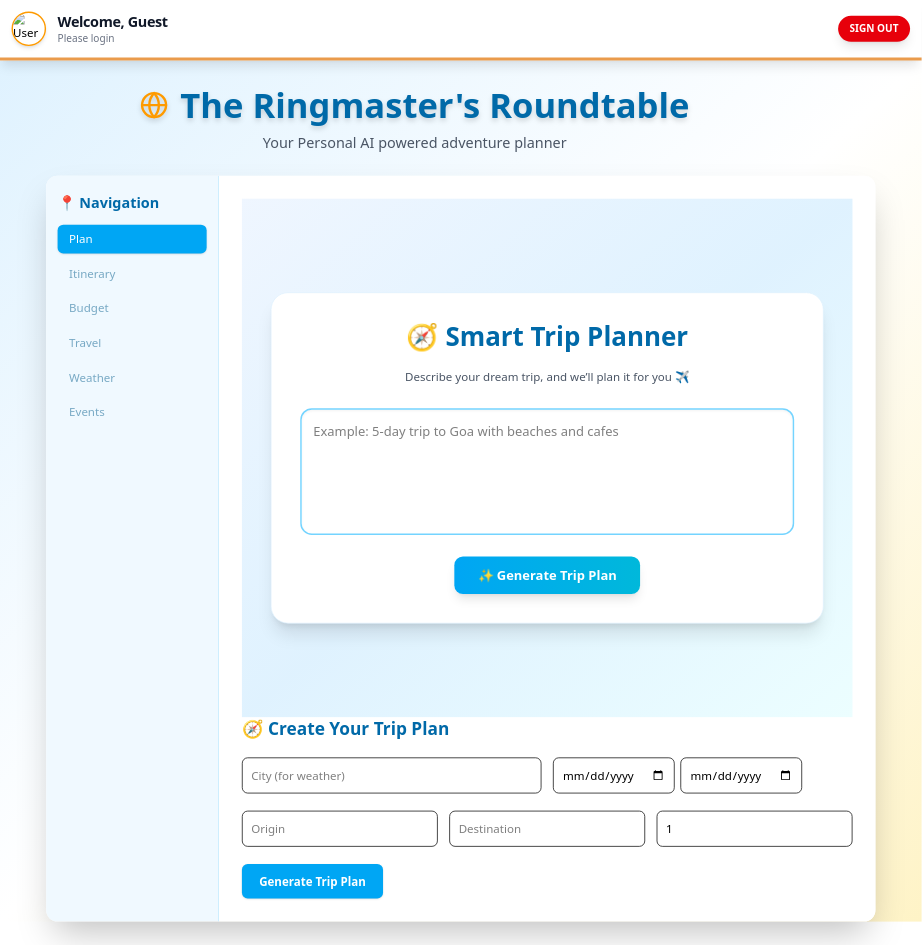
Repository: vega2006/The-Ringmaster-s-Roundtable
Page: /prompt (app in client/)
The author's editor kept a copy of each file at every save. The page is drawn from the files as they stood at one save, then again after the next save.
The browser window is 1280 px wide. The pictures show the whole page, at 72% of full size.
The page's requests for data from a server got no answer. The project was rebuilt for these pictures with package versions that can differ from the ones it lists, and the page was loaded fresh each time. No one was signed in, and anything a server would have sent is missing. Also part of the build but not shown: client/vite.config.js, client/src/components/GoogleLogin.jsx, client/src/components/NotFound.jsx, client/src/components/WeatherContent.jsx, client/src/components/TravelContent.jsx, client/src/components/ItineraryContent.jsx, client/src/components/BudgetContent.jsx, client/src/components/EventsContent.jsx and 2 more.

Above is the page before, as saved 2025-10-08 23:40:33.

### client/src/App.jsx


import { GoogleOAuthProvider } from "@react-oauth/google";
import GoogleLogin from "./components/GoogleLogin";
import { BrowserRouter, Route, Routes, Navigate } from 'react-router-dom';
import { useState } from 'react';
import RefreshHandler from './components/RefreshHandler';
import NotFound from './components/NotFound';
import Dashboard from "./pages/Dashboard";
import Home from "./pages/Home";
import AIDashboard from "./pages/AIDashboard";
export default function App() {
  const [isAuthenticated, setIsAuthenticated] = useState(false);

  const GoogleWrapper = () => (
    <GoogleOAuthProvider clientId="1054190178825-cc3eg87b9uvh9hfn384ge5sqe5hq9l5v.apps.googleusercontent.com">
      <GoogleLogin />
    </GoogleOAuthProvider>
  );

  const PrivateRoute = ({ element }) => {
    return isAuthenticated ? element : element;
  };

  return (
    <BrowserRouter>
      <RefreshHandler setIsAuthenticated={setIsAuthenticated} />
      <Routes>
        {/* Public route for the Home page, where users can sign in */}
        <Route path="/" element={<Home isAuthenticated={isAuthenticated} />} />

        {/* This is the login page. Redirect to home after login. */}
        <Route path="/login" element={<GoogleWrapper />} />

        {/* This is the protected dashboard route */}
        <Route path='/dashboard' element={<PrivateRoute element={<Dashboard />} />} />
         <Route path='/prompt' element={<PrivateRoute element={<AIDashboard />} />} />

        {/* Catch-all route for invalid URLs */}
        <Route path="*" element={<NotFound />} />
      </Routes>
    </BrowserRouter>
  );
}

### client/src/components/RefreshHandler.jsx
import React, { useEffect } from 'react';
import { useLocation, useNavigate } from 'react-router-dom';

function RefrshHandler({ setIsAuthenticated }) {
    const location = useLocation();
    const navigate = useNavigate();

    useEffect(() => {
        const data = localStorage.getItem('user-info');
        const token = JSON.parse(data)?.token;
        if (token) {
            setIsAuthenticated(true);
            if (location.pathname === '/' ||
                location.pathname === '/login'
            ) {
                navigate('/dashboard', { replace: false });
            }
        }
    }, [location, navigate, setIsAuthenticated])

    return (
        null
    )
}

export default RefrshHandler

### client/src/pages/AIDashboard.jsx
;

import {TripProvider } from "../contexts/TripContext";
import AppHeader from "../components/AppHeader";
import Sidebar from "../components/Sidebar";
import MainContent from "../components/MainContent";
import ContentRouter from "../components/ContentRouter";
import React, { useEffect, useState } from 'react'
import { useNavigate } from 'react-router-dom';
import PlanByPrompt from "../components/PlanByPrompt";
const AIDashboard = () => {

     const [userInfo, setUserInfo] = useState(null);
    const navigate = useNavigate();

    useEffect(()=>{
        const data = localStorage.getItem('user-info');
        const userData = JSON.parse(data);
        setUserInfo(userData);
    },[])

    const handleLogout = ()=>{
        localStorage.removeItem('user-info');
        navigate('/login');
    }


  return (
    <div>
      <div className="sticky top-0 z-10 bg-white shadow-lg p-3 sm:p-4 border-b-4 border-amber-600/70">
                <div className="max-w-7xl mx-auto flex justify-between items-center">

                    {/* User Info Display */}
                    <div className="flex items-center space-x-4">
                        <img
                            className="w-12 h-12 rounded-full object-cover shadow-md border-2 border-amber-500"
                            src={userInfo?.image}
                            alt={userInfo?.name || 'User'}
                            onError={(e) => { e.target.onerror = null; e.target.src="https://placehold.co/40x40/FFC107/333?text=?" }}
                        />
                        <div className="hidden sm:block">
                            <h1 className="text-xl font-bold text-gray-900 tracking-tight">Welcome, {userInfo?.name || 'Guest'}</h1>
                            <h3 className="text-sm text-gray-500">{userInfo?.email || 'Please login'}</h3>
                        </div>
                        <div className="sm:hidden text-lg font-bold text-gray-900">
                           {userInfo?.name ? `Hello, ${userInfo.name.split(' ')[0]}!` : 'Hello!'}
                        </div>
                    </div>

                    {/* Logout Button (Stylized and positioned on the right) */}
                    <button
                        onClick={handleLogout}
                        className="px-4 py-2 bg-red-600 text-white font-semibold rounded-full shadow-lg hover:bg-red-700
                                   transition duration-150 transform hover:scale-[1.02] active:scale-95
                                   focus:outline-none focus:ring-4 focus:ring-red-300 uppercase text-sm"
                    >
                        Sign Out
                    </button>
                </div>
            </div>

      <TripProvider>

        <div className="min-h-screen bg-gradient-to-br from-sky-100 via-white to-amber-100 font-inter">
          <AppHeader />
          <div className="max-w-6xl mx-auto grid grid-cols-1 md:grid-cols-[240px_1fr] bg-white shadow-2xl rounded-2xl overflow-hidden mt-4 mb-8">
            <Sidebar />


            <MainContent>


                          <PlanByPrompt/>
                            <ContentRouter />
                       </MainContent>

          </div>
        </div>
    </TripProvider>

    </div>
  )
}
export default AIDashboard

### client/src/api/api.jsx
import axios from "axios";

const API_BASE = `${import.meta.env.VITE_BACKEND_URL}/api`;


const api = axios.create({
    baseURL: "http://localhost:4000/auth/",
    // withCredentials: true,
});

export const googleAuth = (code) => api.get(`/google?code=${code}`);


export const getWeather = (city, travelDate) =>
  axios.get(`${API_BASE}/weather?city=${encodeURIComponent(city)}&travelDate=${encodeURIComponent(travelDate)}`);
;

export const getRoute = (origin, destination, travelDate) =>
  axios.get(`${API_BASE}/maps?origin=${encodeURIComponent(origin)}&destination=${encodeURIComponent(destination)}&travelDate=${encodeURIComponent(travelDate)}`);


export const getEvents = (destination, startTravelDate, endTravelDate) =>
  axios.get(`${API_BASE}/events`, {
    params: {
      city: destination,
      startDate: startTravelDate,
      endDate: endTravelDate,
    },
  });

export const getTripBudget = async (payload) => {
  // console.log(payload);
  return axios.post(`${API_BASE}/budget`, payload);
};


export const getItinerary = async (destination,    startDate, endDate) => {
  return axios.post(`${API_BASE}/itinerary/generate`, {
      destination,
      startDate,
      endDate,
    });
};

### client/src/contexts/TripContext.jsx
import { createContext, useContext, useState, useMemo } from "react";
import { getWeather, getRoute, getTripBudget } from "../api/api";
import { API_URL, RESPONSE_SCHEMA } from "../utils/constants";

const TripContext = createContext(null);

export const useTrip = () => {
  const context = useContext(TripContext);
  if (!context) throw new Error("useTrip must be used within a TripProvider");
  return context;
};
const calculateDuration = (start, end) => {
  if (!start || !end) return 0;

  const startDate = new Date(start + "T00:00:00Z");
  const endDate = new Date(end + "T00:00:00Z");

  if (isNaN(startDate.getTime()) || isNaN(endDate.getTime())) return 0;

  const timeDifference = endDate.getTime() - startDate.getTime();

  const dayDifference = Math.round(timeDifference / (1000 * 3600 * 24));

  return Math.max(1, dayDifference + 1);
};
export const TripProvider = ({ children }) => {
  const [prompt, setPrompt] = useState("");
  const [tripPlan, setTripPlan] = useState(null);
  const [isLoading, setIsLoading] = useState(false);
  const [error, setError] = useState(null);

  const [city, setCity] = useState("");
  const [origin, setOrigin] = useState("");
  const [destination, setDestination] = useState("");
  const [startTravelDate, setStartTravelDate] = useState("");
  const [endTravelDate, setEndTravelDate] = useState("");

  const [activeTab, setActiveTab] = useState("Plan");
  const [manualWeather, setManualWeather] = useState(null);
  const [manualRoute, setManualRoute] = useState(null);

  const [eventsCache, setEventsCache] = useState({});
  const [budgetEstimate, setBudgetEstimate] = useState(null);
  const [numPeople, setNumPeople] = useState(1);

  const isLLMPlanning = useMemo(() => prompt.trim().length > 0, [prompt]);
  const isManualLookup = useMemo(
    () => !isLLMPlanning && (city || (origin && destination)),
    [isLLMPlanning, city, origin, destination]
  );
  const isResultAvailable = tripPlan || manualWeather || manualRoute;

  const generateTripPlan = async () => {
    if (!isLLMPlanning && !isManualLookup) {
      setError(
        "Please enter a detailed prompt OR fill out the City/Route fields."
      );
      return;
    }

    setIsLoading(true);
    setError(null);
    setTripPlan(null);
    setManualWeather(null);
    setManualRoute(null);

    if (isLLMPlanning) {
      // setActiveTab("Itinerary");
      // let fullPrompt = prompt;
      // if (city) fullPrompt += ` (Focus City: ${city})`;
      // if (origin && destination)
      //   fullPrompt += ` (Route: ${origin} to ${destination})`;
      // if (startTravelDate) fullPrompt += ` (Starting Date: ${startTravelDate})`;

      // const payload = {
      //   contents: [{ parts: [{ text: fullPrompt }] }],
      //   systemInstruction: {
      //     parts: [{ text: "Generate a structured trip plan." }],
      //   },
      //   generationConfig: {
      //     responseMimeType: "application/json",
      //     responseSchema: RESPONSE_SCHEMA,
      //   },
      //   tools: [{ google_search: {} }],
      // };

      // try {
      //   const res = await fetch(API_URL, {
      //     method: "POST",
      //     headers: { "Content-Type": "application/json" },
      //     body: JSON.stringify(payload),
      //   });

      //   const result = await res.json();
      //   const jsonText = result.candidates?.[0]?.content?.parts?.[0]?.text;
      //   setTripPlan(jsonText ? JSON.parse(jsonText) : null);
      // } catch (err) {
      //   setError(`Failed to process the plan: ${err.message}`);
      // }
    } else {
      setActiveTab("Weather");
      const tripDuration = calculateDuration(startTravelDate, endTravelDate);
      setTripPlan({ ...tripPlan, duration_days: tripDuration });
      if (city && startTravelDate) {
        const weatherRes = await getWeather(city, startTravelDate);
        setManualWeather(weatherRes.data);
        // console.log(weatherRes.data);
      }
      if (origin && destination && startTravelDate) {
        const routeRes = await getRoute(origin, destination, startTravelDate);
        setManualRoute({
          ...routeRes.data,
          origin,
          destination,
          transport: "Road",
        });
      }
      if (origin && destination && startTravelDate && endTravelDate) {
            try {
                const tripData = {
                    origin,
                    destination,
                    startTravelDate,
                    endTravelDate,

                    numPeople: numPeople,
                };


                const budgetRes = await getTripBudget(tripData);
                // console.log(budgetRes.data);


                setBudgetEstimate(budgetRes.data);
                // console.log(budgetEstimate);

                setActiveTab("Budget");

            } catch (err) {
                console.error("Budget estimation failed:", err);
                setError("Failed to calculate budget. Please check server connection.");
            }
        }
    }
    setIsLoading(false);
  };

  return (
    <TripContext.Provider
      value={{
        activeTab,
        setActiveTab,
        isLoading,
        error,
        isResultAvailable,
        prompt,
        setPrompt,
        city,
        setCity,
        origin,
        setOrigin,
        destination,
        setDestination,
        startTravelDate,
        setStartTravelDate,
        endTravelDate,
        setEndTravelDate,
        tripPlan,
        manualWeather,
        setManualWeather,
        manualRoute,
        generateTripPlan,
        isLLMPlanning,
        isManualLookup,
        eventsCache,
        setEventsCache,
        numPeople,
        setNumPeople,
        budgetEstimate,
        setBudgetEstimate
      }}
    >
      {children}
    </TripContext.Provider>
  );
};

### client/src/components/AppHeader.jsx
import React from 'react';
import { Globe } from 'lucide-react';

const AppHeader = () => (
    <div className="w-full max-w-6xl text-center pt-8 pb-4">
        <h1 className="text-4xl sm:text-5xl font-extrabold text-sky-700 drop-shadow-lg leading-tight flex items-center justify-center">
            <Globe className="w-8 h-8 sm:w-10 sm:h-10 mr-4 text-amber-500" />
            The Ringmaster's Roundtable
        </h1>
        <p className="text-center text-lg sm:text-xl text-gray-600 mt-2">Your Personal AI powered adventure planner</p>
    </div>
);

export default AppHeader;

### client/src/components/Sidebar.jsx
import { useTrip } from "../contexts/TripContext";
import { TABS } from "../utils/constants";

export default function Sidebar() {
  const { activeTab, setActiveTab, isResultAvailable } = useTrip();

  return (
    <aside className="bg-sky-50 border-r border-sky-200 py-6 px-4">
      <h2 className="text-xl font-semibold mb-4 text-sky-700">📍 Navigation</h2>
      <nav className="flex flex-col space-y-2">
        {TABS.map((tab) => (
          <button
            key={tab}
            disabled={tab !== "Plan" && !isResultAvailable}
            onClick={() => setActiveTab(tab)}
            className={`px-4 py-2 text-left rounded-lg font-medium transition-all ${
              activeTab === tab
                ? "bg-sky-500 text-white shadow"
                : "hover:bg-sky-100 text-sky-800"
            } ${tab !== "Plan" && !isResultAvailable ? "opacity-50 cursor-not-allowed" : ""}`}
          >
            {tab}
          </button>
        ))}
      </nav>
    </aside>
  );
}

### client/src/components/MainContent.jsx
export default function MainContent({ children }) {
  return (
    <main className="p-8 bg-white overflow-y-auto">
      {children}
    </main>
  );
}

### client/src/components/ContentRouter.jsx
import { useTrip } from "../contexts/TripContext";
import PlanInput from "./PlanInput";
import WeatherContent from "./WeatherContent";
import TravelContent from "./TravelContent";
import ItineraryContent from "./ItineraryContent";
import BudgetContent from "./BudgetContent";
import EventsContent from "./EventsContent";

export default function ContentRouter() {
  const { activeTab } = useTrip();

  switch (activeTab) {
    case "Plan": return <PlanInput />;
    case "Weather": return <WeatherContent />;
    case "Travel": return <TravelContent />;
    case "Itinerary": return <ItineraryContent />;
    case "Budget": return <BudgetContent />;
    case "Events": return <EventsContent />;
    default: return <PlanInput />;
  }
}

### client/src/components/PlanByPrompt.jsx
import { useState } from "react";
import ReactMarkdown from "react-markdown";
import { useTrip } from "../contexts/TripContext";

// Helper function to get the current date in YYYY-MM-DD format (required for HTML date input min)
const getTodayDate = () => {
  const today = new Date();
  const year = today.getFullYear();
  const month = String(today.getMonth() + 1).padStart(2, '0');
  const day = String(today.getDate()).padStart(2, '0');
  return `${year}-${month}-${day}`;
};
export default function PlanByPrompt() {
  const [prompt, setPrompt] = useState("");
  const [isLoading, setIsLoading] = useState(false);
  const [result, setResult] = useState(null);

  const {activeTab, setActiveTab,manualWeather,setManualWeather}=useTrip();
  const generate = async () => {
    if (!prompt.trim()) {
      alert("Please describe your trip before generating!");
      return;
    }

    setIsLoading(true);
    try {
      const response = await fetch("http://localhost:4000/api/mcp-server", {
        method: "POST",
        headers: { "Content-Type": "application/json" },
        body: JSON.stringify({ prompt }),
      });

      const data = await response.json();
      setResult(data.finalResponse.kwargs.content);
      console.log(data.weather);
      setManualWeather(data.weather);
      setActiveTab("Weather");
    } catch (err) {
      console.error("Error generating trip plan:", err);
      alert("Failed to generate trip plan. Please try again.");
    } finally {
      setIsLoading(false);
    }
  };

  return (
    <div className="min-h-screen bg-gradient-to-br from-blue-50 via-sky-100 to-cyan-50 flex flex-col items-center justify-center p-6">
      <div className="w-full max-w-3xl bg-white rounded-3xl shadow-xl p-10 border border-sky-100">
        {/* Header */}
        <h1 className="text-4xl font-extrabold text-sky-700 text-center mb-6">
          🧭 Smart Trip Planner
        </h1>
        <p className="text-gray-600 text-center mb-8">
          Describe your dream trip, and we’ll plan it for you ✈️
        </p>

        {/* Prompt Input */}
        <textarea
          placeholder="Example: 5-day trip to Goa with beaches and cafes"
          value={prompt}
          onChange={(e) => setPrompt(e.target.value)}
          rows="5"
          className="w-full p-4 border-2 border-sky-300 rounded-2xl shadow-inner focus:ring-2 focus:ring-sky-500 outline-none text-lg resize-none transition-all duration-200"
        />

        {/* Generate Button */}
        <div className="flex justify-center mt-6">
          <button
            onClick={generate}
            disabled={isLoading}
            className={`px-8 py-3 text-lg font-semibold text-white rounded-xl shadow-lg transition-all duration-300 ${
              isLoading
                ? "bg-sky-400 cursor-not-allowed"
                : "bg-gradient-to-r from-sky-500 to-cyan-500 hover:from-sky-600 hover:to-cyan-600"
            }`}
          >
            {isLoading ? "Planning..." : "✨ Generate Trip Plan"}
          </button>
        </div>

       {/* Result Display */}
{result && !isLoading && (
  <div className="mt-10 p-6 bg-gradient-to-br from-white via-sky-50 to-blue-50 border border-sky-200 rounded-2xl shadow-inner max-h-[400px] overflow-y-auto transition-all duration-300">
    <h2 className="text-2xl font-bold text-sky-700 mb-4 text-center">
      🗺️ Your Trip Plan
    </h2>
    <div className="prose prose-sky max-w-none text-gray-800 leading-relaxed">
      <ReactMarkdown>{result}</ReactMarkdown>
    </div>
  </div>
)}
      </div>
    </div>
  );
}

### client/src/utils/constants.jsx
export const API_KEY = "";
export const API_URL = `https://generativelanguage.googleapis.com/v1beta/models/gemini-2.5-flash-preview-05-20:generateContent?key=${API_KEY}`;

export const TABS = ["Plan", "Itinerary", "Budget", "Travel", "Weather", "Events"];

export const RESPONSE_SCHEMA = {
  type: "OBJECT",
  properties: {
    destination: { type: "STRING" },
    duration_days: { type: "NUMBER" },
    summary: { type: "STRING" },
    itinerary: {
      type: "ARRAY",
      items: {
        type: "OBJECT",
        properties: {
          day: { type: "NUMBER" },
          date: { type: "STRING" },
          activities: { type: "ARRAY", items: { type: "STRING" } },
        },
      },
    },
  },
};

### client/src/components/PlanInput.jsx
import { useTrip } from "../contexts/TripContext";

export default function PlanInput() {
  const {
    prompt, setPrompt,
    city, setCity,
    origin, setOrigin,
    destination, setDestination,
    startTravelDate, setStartTravelDate,
    endTravelDate, setEndTravelDate,
    generateTripPlan,
    isLoading, error,
    numPeople, setNumPeople
  } = useTrip();

  return (
    <div className="space-y-6">
      <h2 className="text-2xl font-semibold text-sky-700">🧭 Create Your Trip Plan</h2>

      <div className="grid grid-cols-1 md:grid-cols-2 gap-4">
        <input
          type="text"
          placeholder="City (for weather)"
          value={city}
          onChange={(e) => setCity(e.target.value)}
          className="p-3 border rounded-lg focus:ring-2 focus:ring-sky-400"
        />
        <div className="flex space-x-2">
          <input
            type="date"
            value={startTravelDate}
            onChange={(e) => setStartTravelDate(e.target.value)}
            className="p-3 border rounded-lg focus:ring-2 focus:ring-sky-400"
            placeholder="Start Date"
          />
          <input
            type="date"
            value={endTravelDate}
            onChange={(e) => setEndTravelDate(e.target.value)}
            className="p-3 border rounded-lg focus:ring-2 focus:ring-sky-400"
            placeholder="End Date"
          />
        </div>
      </div>

      <div className="grid grid-cols-1 md:grid-cols-3 gap-4">
        <input
          type="text"
          placeholder="Origin"
          value={origin}
          onChange={(e) => setOrigin(e.target.value)}
          className="p-3 border rounded-lg focus:ring-2 focus:ring-sky-400"
        />
        <input
          type="text"
          placeholder="Destination"
          value={destination}
          onChange={(e) => setDestination(e.target.value)}
          className="p-3 border rounded-lg focus:ring-2 focus:ring-sky-400"
        />
        <input
          type="number"
          min="1"
          value={numPeople}
          onChange={(e) => setNumPeople(e.target.value)}
          className="p-3 border rounded-lg focus:ring-2 focus:ring-sky-400"
          placeholder="Number of People"
        />
      </div>

      {error && <p className="text-red-500 text-sm">{error}</p>}

      <button
        onClick={generateTripPlan}
        disabled={isLoading}
        className="bg-sky-500 text-white font-semibold px-6 py-3 rounded-lg shadow hover:bg-sky-600 transition-all"
      >
        {isLoading ? "Planning..." : "Generate Trip Plan"}
      </button>
    </div>
  );
}

### client/src/components/AIContentRouter.jsx
import { useTrip } from "../contexts/TripContext";
import PlanByPrompt from "./PlanByPrompt";
import WeatherContent from "./WeatherContent";
import TravelContent from "./TravelContent";
import ItineraryContent from "./ItineraryContent";
import BudgetContent from "./BudgetContent";
import EventsContent from "./EventsContent";

export default function ContentRouter() {
  const { activeTab } = useTrip();

  switch (activeTab) {
    case "Plan": return <PlanByPrompt/>;
    case "Weather": return <WeatherContent />;
    case "Travel": return <TravelContent />;
    case "Itinerary": return <ItineraryContent />;
    case "Budget": return <BudgetContent />;
    case "Events": return <EventsContent />;
    default: return <PlanInput />;
  }
}

Loaded but not shown: client/index.html (common file); client/src/main.jsx (common file); client/src/index.css (common file)

After the next save:
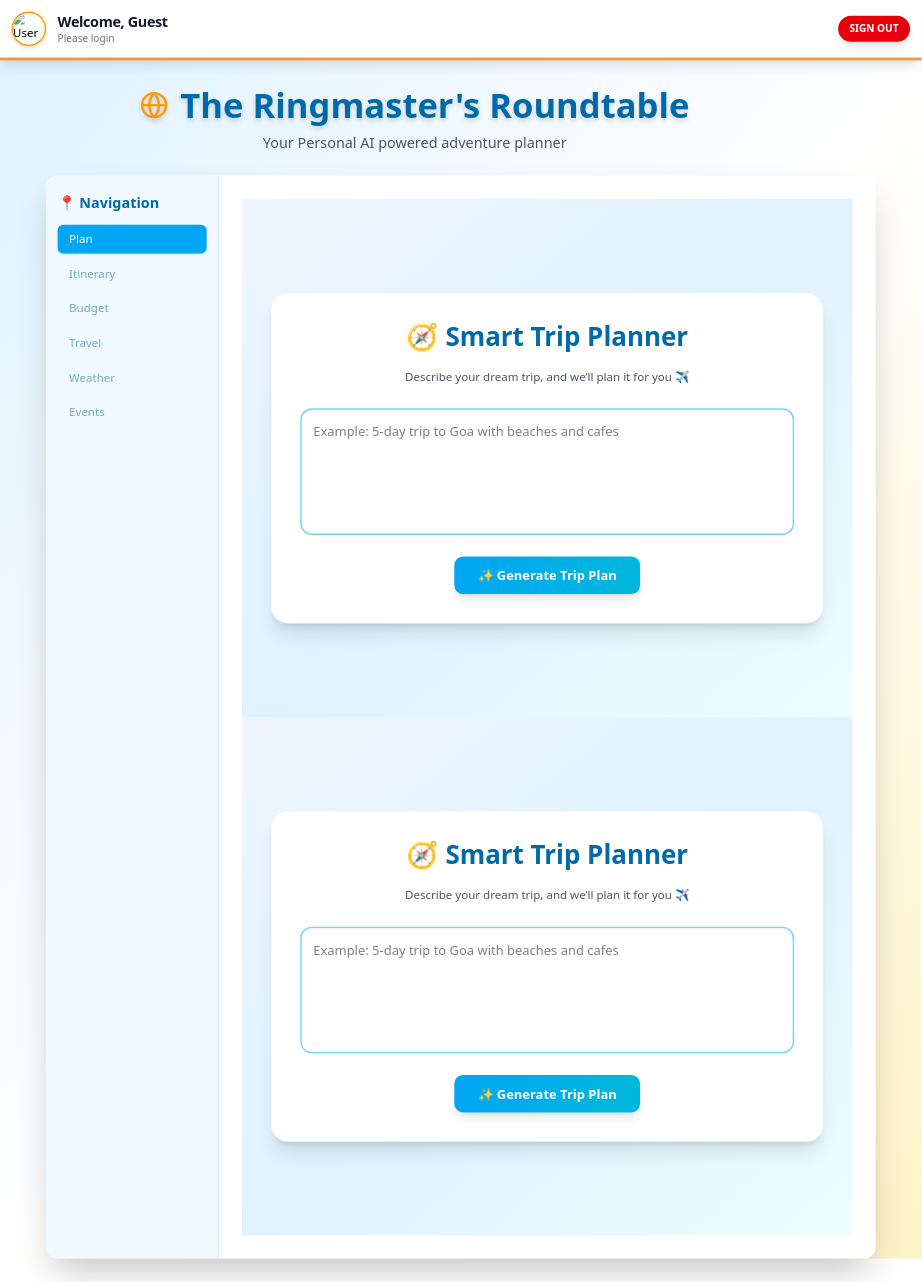
Saved 11 s later.
--- a/client/src/pages/AIDashboard.jsx
+++ b/client/src/pages/AIDashboard.jsx
@@ -4,7 +4,7 @@ import {TripProvider } from "../contexts/TripContext";
 import AppHeader from "../components/AppHeader";
 import Sidebar from "../components/Sidebar";
 import MainContent from "../components/MainContent";
-import ContentRouter from "../components/ContentRouter";
+import AIContentRouter from "../components/AIContentRouter";
 import React, { useEffect, useState } from 'react'
 import { useNavigate } from 'react-router-dom';
 import PlanByPrompt from "../components/PlanByPrompt";
@@ -69,9 +69,8 @@ const AIDashboard = () => {
 
             <MainContent>
 
-
                           <PlanByPrompt/>
-                            <ContentRouter />
+                            <AIContentRouter />
                        </MainContent>
 
           </div>
